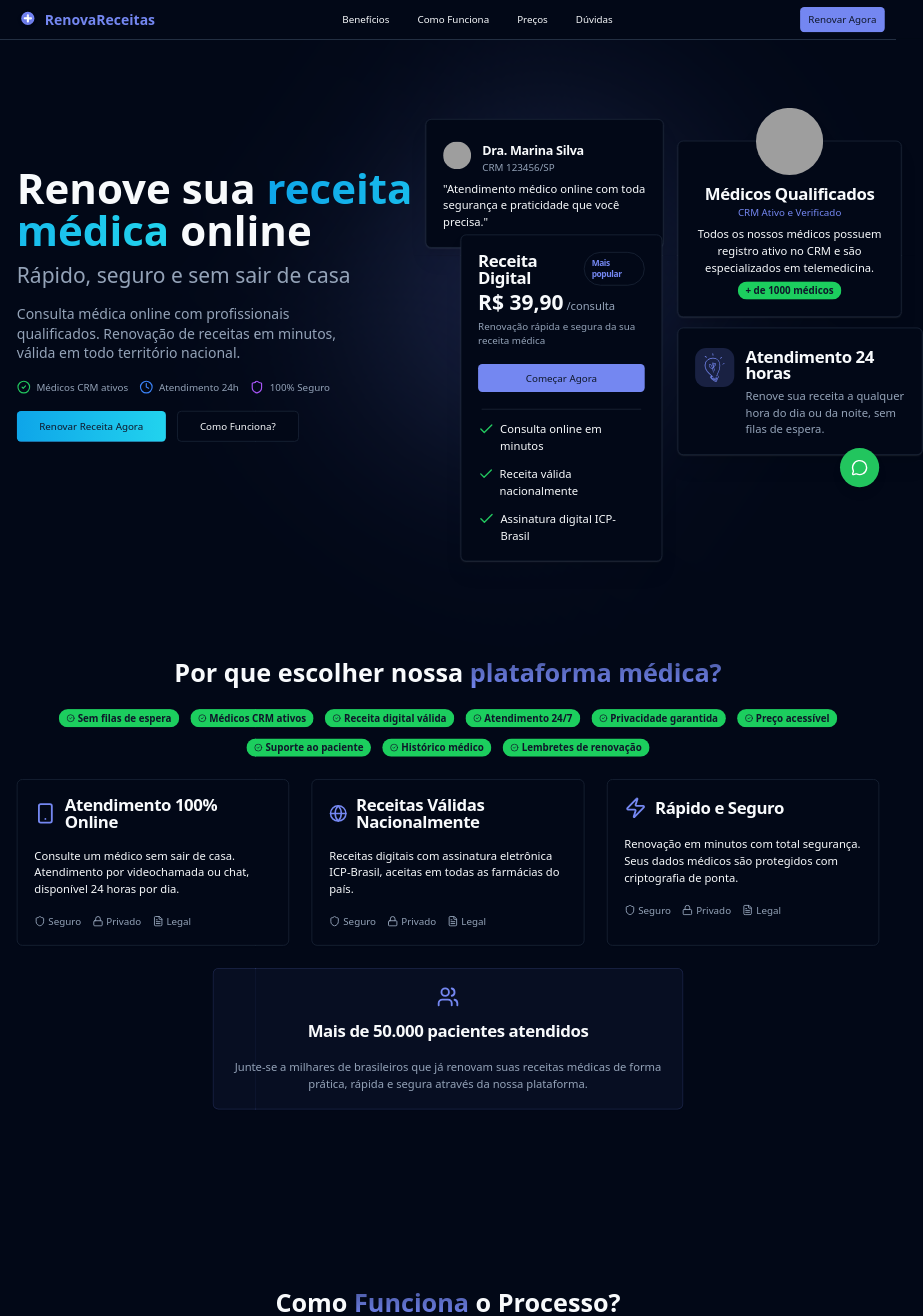
Repository: xoiurp/saude-digital
Page: /
These files come from the project's save history. The page is drawn as it stood at one moment and after the next save; the edit follows.
The browser window is 1280 px wide. The page is 1318 px wide, so the pictures cover 1318 px, including what lies to the right of the window. The pictures show the part of the page from y = 0 to 1880 px (the page is 6777 px tall), at 70% of full size.
Pictures or frames that could not be fetched are drawn as grey boxes. The project was rebuilt for these pictures with package versions that can differ from the ones it lists, and the page was loaded fresh each time. Also part of the build but not shown: vite.config.ts.

Above is the page before, as saved 2025-09-09 16:11:52.

After the next save:
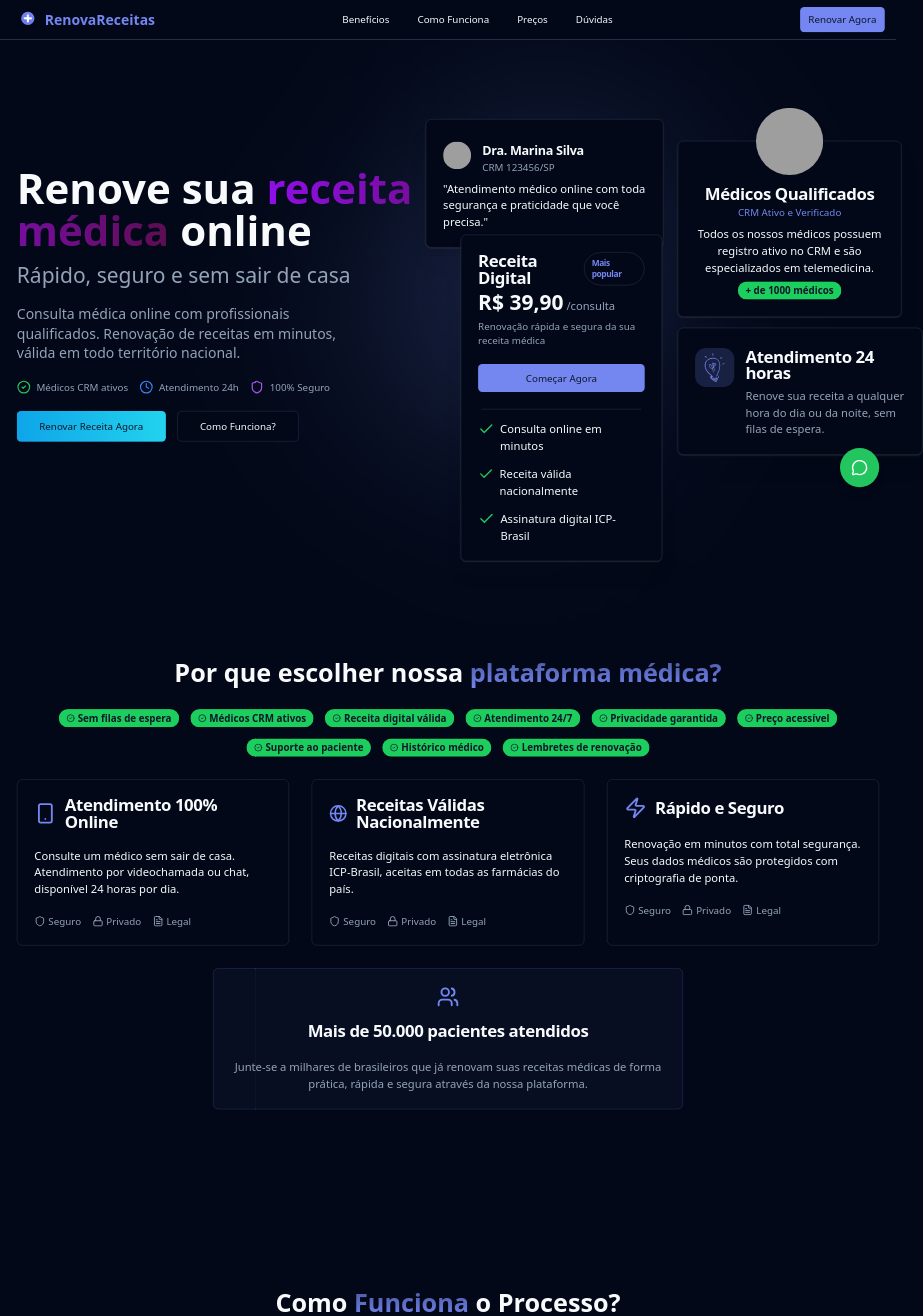
Saved 18 s later.
--- a/src/components/Hero.tsx
+++ b/src/components/Hero.tsx
@@ -9,7 +9,7 @@ export const Hero = () => {
         <main className="text-5xl md:text-6xl font-bold">
           <h1 className="inline">
             Renove sua{" "}
-            <span className="inline bg-gradient-to-r from-[#0EA5E9] to-[#22D3EE] text-transparent bg-clip-text">
+            <span className="inline bg-gradient-to-r from-[#910ee9] to-[#5c0d51] text-transparent bg-clip-text">
               receita médica
             </span>{" "}
             online
